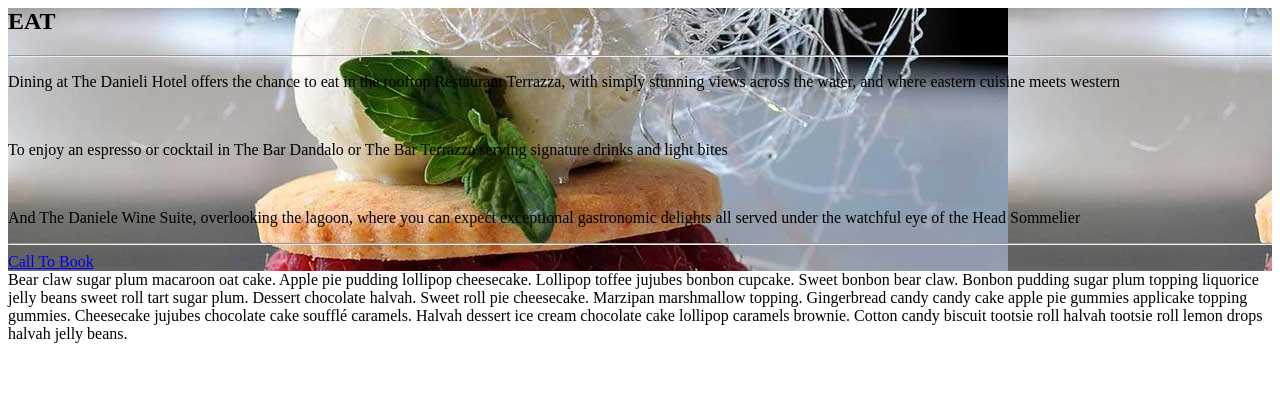
Repository: HackITtoday/newhotel
Page: app/Angular Blocks/eat-block.html
The author's editor kept a record of every edit. The page is drawn from the files as they stood at one moment, then again after the next edit.
The browser window is 1280 px wide. The pictures show the whole page.

Above is the page before.

After the next edit:
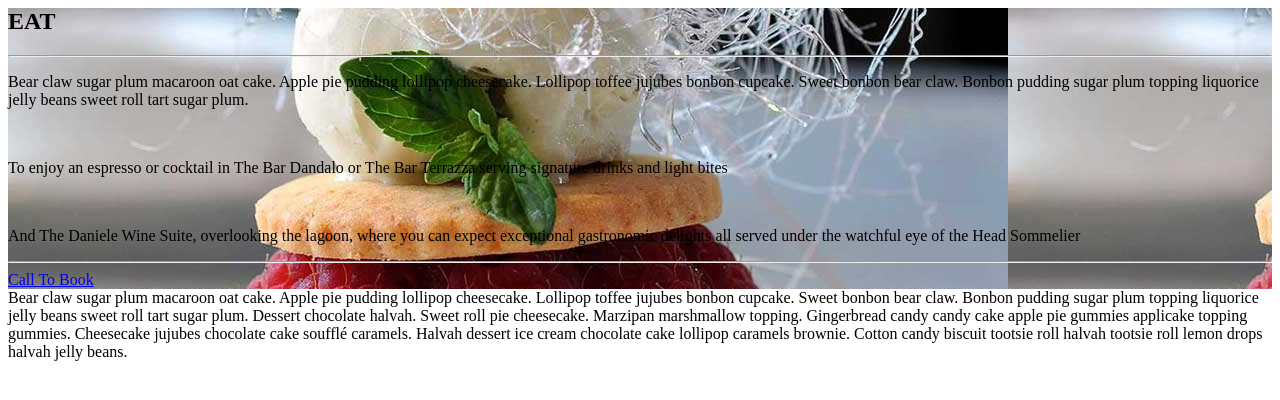
The edit:
--- a/app/Angular Blocks/eat-block.html
+++ b/app/Angular Blocks/eat-block.html
@@ -5,7 +5,7 @@
                 <div class="col-md-10 col-md-offset-1">
                     <h2>EAT</h2>
                     <hr class="colored">
-                    <p>Dining at The Danieli Hotel offers the chance to eat in the rooftop Restaurant Terrazza, with simply stunning views across the water, and where eastern cuisine meets western</p><br />
+                    <p>Bear claw sugar plum macaroon oat cake. Apple pie pudding lollipop cheesecake. Lollipop toffee jujubes bonbon cupcake. Sweet bonbon bear claw. Bonbon pudding sugar plum topping liquorice jelly beans sweet roll tart sugar plum.</p><br />
                     <p>
                     To enjoy an espresso or cocktail in The Bar Dandalo or The Bar Terrazza serving signature drinks and light bites</p><br />
                     <p>
